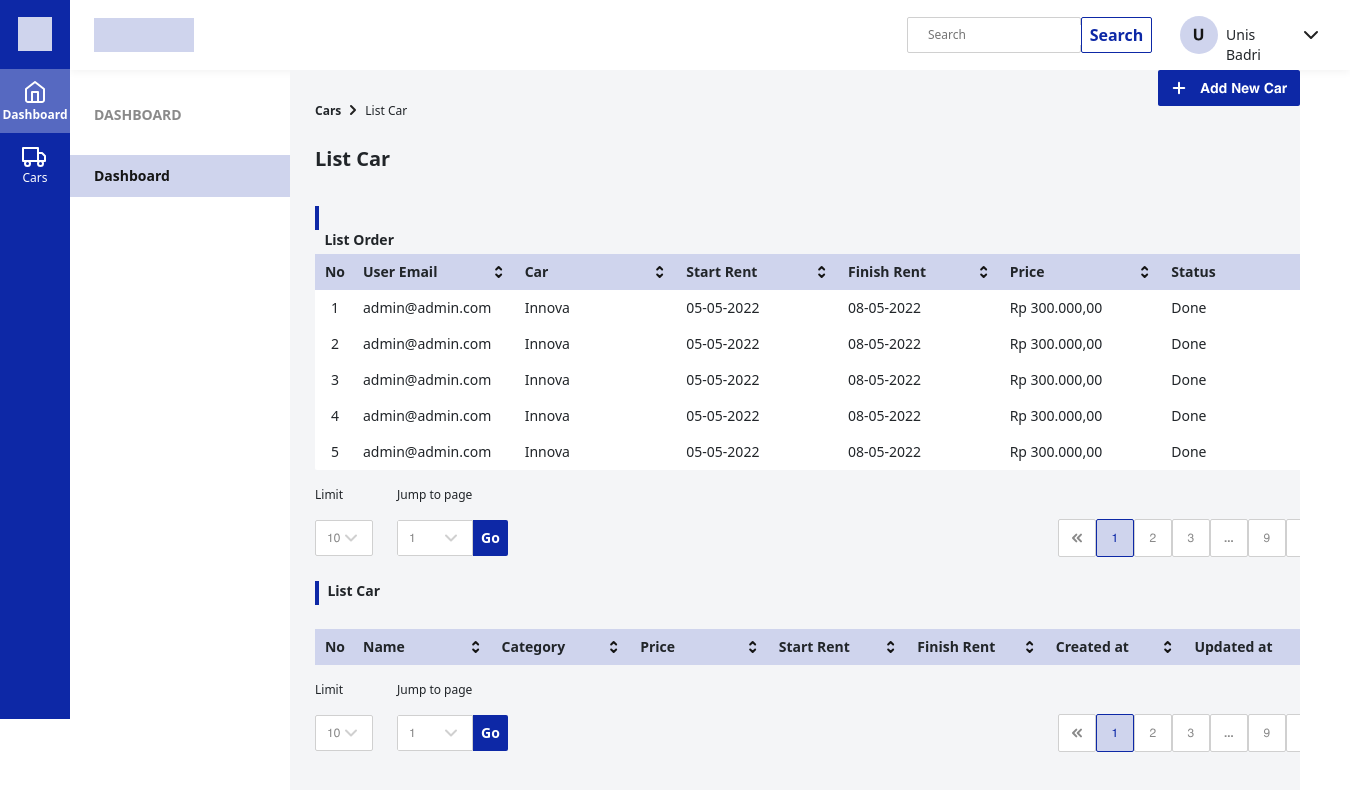
Repository: farrelmuhammad/challenge-7-binar
Page: /carlist
These files come from the project's save history. The page is drawn as it stood at one moment and after the next save; the edit follows.
The browser window is 1280 px wide. The page is 1350 px wide, so the pictures cover 1350 px, including what lies to the right of the window. The pictures show the whole page.
The project was rebuilt for these pictures with package versions that can differ from the ones it lists, and the page was loaded fresh each time. Also part of the build but not shown: src/component/navbar.js, src/component/header.js, src/component/footer.js, src/App.js, src/component/admin/Dashboard/index.jsx, src/pages/admin/Dashboard.js, src/component/searchForm.js, src/pages/cars.js.

Above is the page before, as saved 2022-05-27 19:29:55.

After the next save:
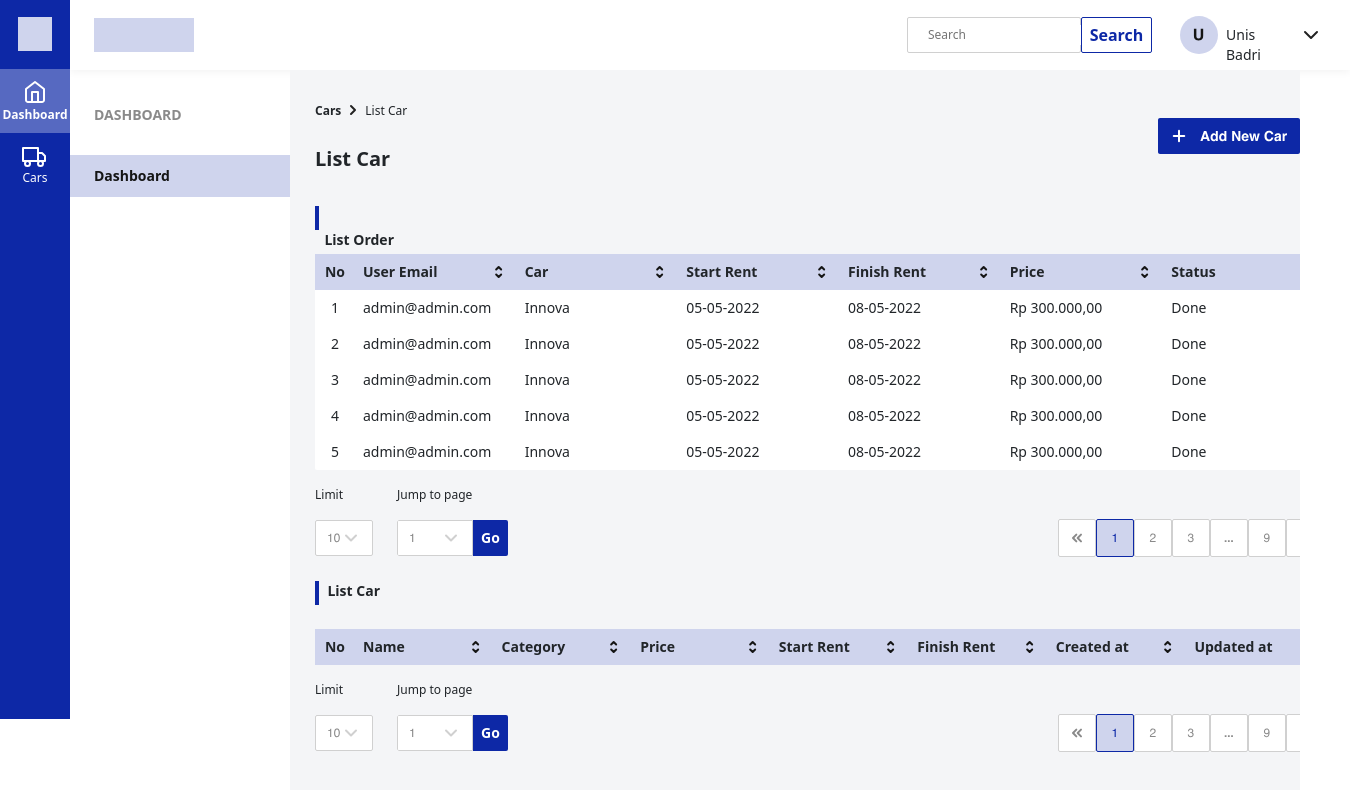
Saved 14 s later.
--- a/src/component/admin/Cars/index.jsx
+++ b/src/component/admin/Cars/index.jsx
@@ -63,7 +63,7 @@ const CarsListContent= () => {
             <div className="col">
                 <h1 className="title-h1">List Car</h1>
             </div>
-            <div className="col text-end">
+            <div className="col mt-5 text-end">
                 <img src="img/btn-addcar.svg" alt="add new"/>
             </div>
         </div>
